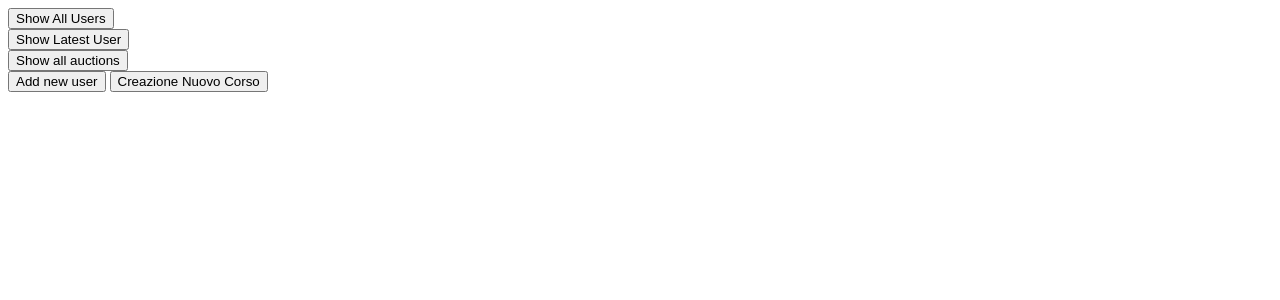
Repository: jnnbaran/DBManager
Page: http://localhost/DBServlet/
The author's editor kept a copy of each file at every save. The page is drawn from the files as they stood at one save, then again after the next save.
The browser window is 1280 px wide. The pictures show the whole page.
The page is served by Tomcat 9. Other server files are loaded and not shown.

Above is the page before, as saved 2019-11-18 17:31:27.

### DBServlet/WebContent/query.jsp
<%@ page language="java" contentType="text/html; charset=ISO-8859-1"
    pageEncoding="ISO-8859-1"%>
<!DOCTYPE html PUBLIC "-//W3C//DTD HTML 4.01 Transitional//EN" "http://www.w3.org/TR/html4/loose.dtd">
<html>
<head>
<meta http-equiv="Content-Type" content="text/html; charset=ISO-8859-1">
<title>SQL query</title>
</head>
<body>
 <form name="queryForm" action="UsersServlet" method="post">

        <button name="query" cols="50" rows="10" form="queryForm" value = "select * from users"> Show All Users </button>
       <br/>
        <button name="query" cols="50" rows="10" form="queryForm" value = "select * from users WHERE id=max(id)"> Show Latest User </button>

 </form>

<form name="queryForm" action="AuctionsServlet" method="post">

        <button name="query" cols="50" rows="10" form="queryForm" value = "select * from AUCTIONSONLINE "> Show all auctions </button>

 </form>


        <button name="query" cols="50" rows="10" form="queryForm" href="add.jsp"> Add new user </button>

    <input type="button" value="Creazione Nuovo Corso" name="CreateCourse"
onclick="document.forms[0].action = 'add.jsp'; return true;" />


</body>
</html>

After the next save:
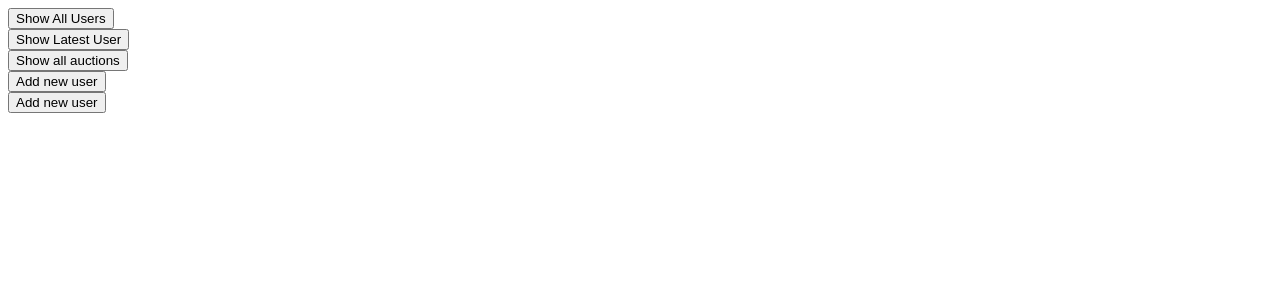
Saved 2 min 5 s later.
--- a/DBServlet/WebContent/query.jsp
+++ b/DBServlet/WebContent/query.jsp
@@ -24,9 +24,9 @@
 
         <button name="query" cols="50" rows="10" form="queryForm" href="add.jsp"> Add new user </button>
 
-    <input type="button" value="Creazione Nuovo Corso" name="CreateCourse"
-onclick="document.forms[0].action = 'add.jsp'; return true;" />
-
+ 	<form name="main1"  method="get" action="add.jsp">
+        <input type="submit" name="ter" value="Add new user" >
+    </form>
 
 </body>
 </html>
